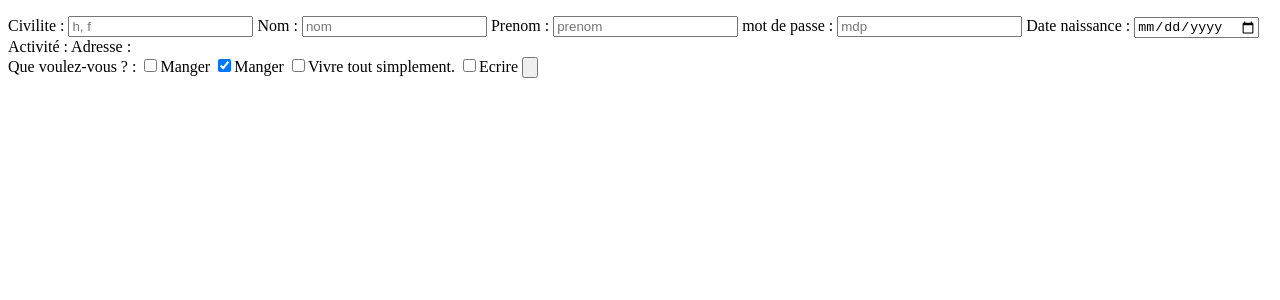
Repository: Douzal/AFCEPF_Architecte_Logiciel
Page: Workspace_Alexis/PremierWebv2/src/main/webapp/Form.html
The author's editor kept a copy of each file at every save. The page is drawn from the files as they stood at one save, then again after the next save.
The browser window is 1280 px wide. The pictures show the whole page.

Above is the page before, as saved 2018-03-14 14:11:35.

### Workspace_Alexis/PremierWebv2/src/main/webapp/Form.html
<!DOCTYPE html>
<html>
<head>
<meta charset="UTF-8">
<title>-- Formulaire --</title>
</head>
<body>

<form action="formulaire.html" method="post">
	<p>
	<label for="civ">Civilite : </label><input id="civ" name="civ" type="text" placeholder="h, f"></input>
	<label for="nom">Nom : </label><input id="nom" name="nom" type="text" placeholder="nom"></input>
	<label for="prenom">Prenom : </label><input id="prenom" name=""prenom"" type="text" placeholder="prenom"></input>
	<label for="mdp">mot de passe : </label><input id="mdp" name=""mdp"" type="password" placeholder="mdp"></input>
	<label for="dob">Date naissance : </label><input id="dob" name=""mdp"" type="date" placeholder="Naissance"></input>
	<label>Activité : </label>
	<label>Adresse : </label>
	<br />

	<label>Que voulez-vous ? :</label>
	<input type="checkbox" name="manger" id="manger"/><label for="manger">Manger</label>
	<input type="checkbox" name="boire" checked="checked" id="boire"/><label for="boire">Manger</label>
	<input type="checkbox" name="vivre" id="vivre" /><label for="vivre">Vivre tout simplement.</label>
	<input type="checkbox" name="ecrire" /><label for="ecrire">Ecrire</label>

	<input type="submit" name="sendForm" value="" />
	</p>
</form>


</body>
</html>

After the next save:
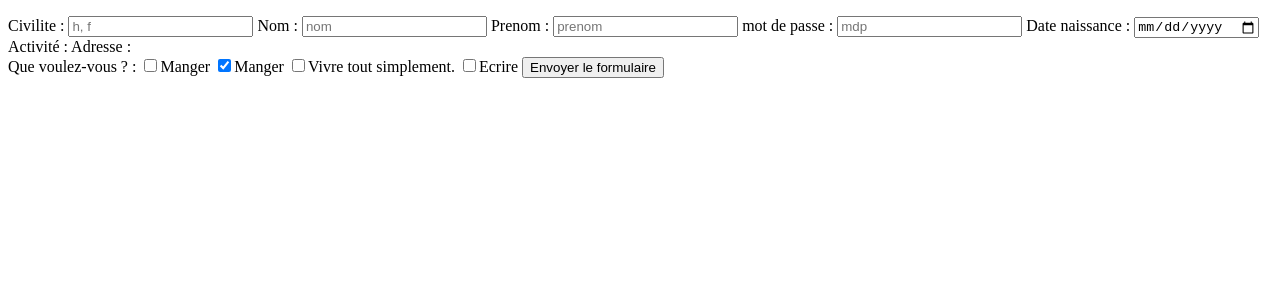
Saved 53 s later.
--- a/Workspace_Alexis/PremierWebv2/src/main/webapp/Form.html
+++ b/Workspace_Alexis/PremierWebv2/src/main/webapp/Form.html
@@ -23,7 +23,7 @@
 	<input type="checkbox" name="vivre" id="vivre" /><label for="vivre">Vivre tout simplement.</label>
 	<input type="checkbox" name="ecrire" /><label for="ecrire">Ecrire</label>
 
-	<input type="submit" name="sendForm" value="" />
+	<input type="submit" name="sendForm" value="Envoyer le formulaire" />
 	</p>
 </form>
 
